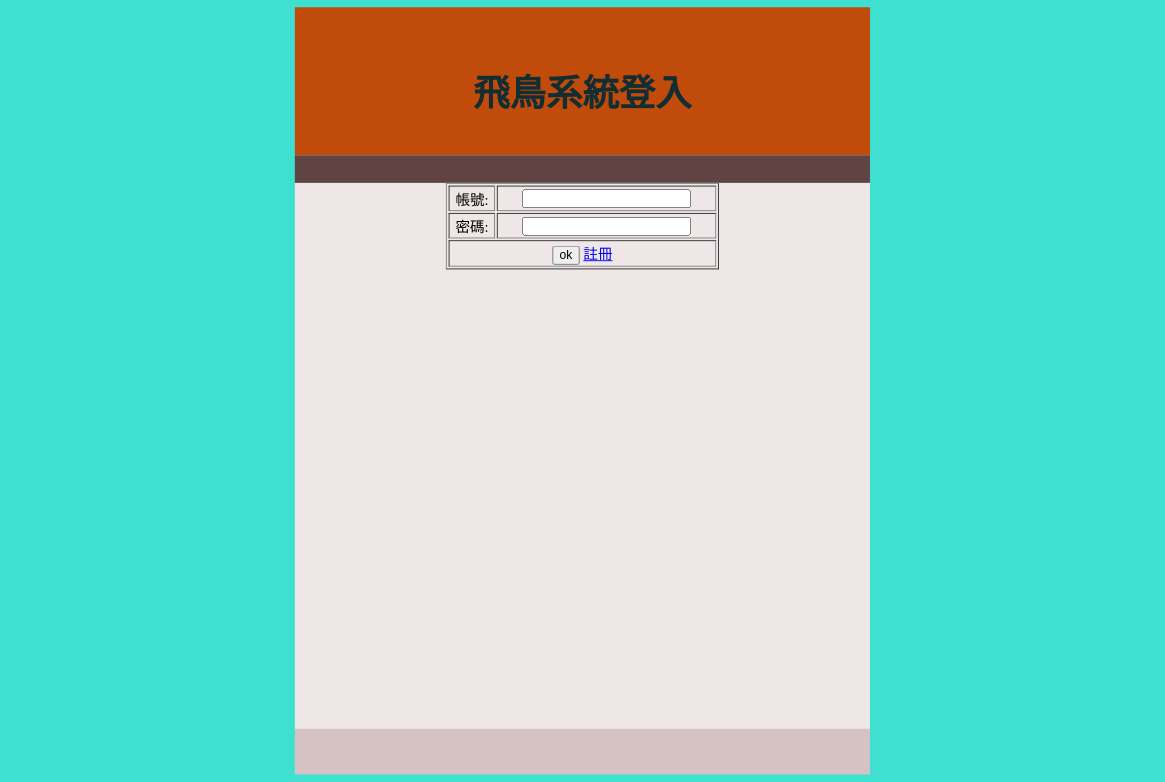
Repository: pride0420/portfolio
Page: Portfolio/1_springBoot/src/main/resources/static/index.html
These files come from the project's save history. The page is drawn as it stood at one moment and after the next save; the edit follows.
The browser window is 1280 px wide. The pictures show the whole page, at 91% of full size.

Above is the page before, as saved 2023-11-30 14:33:05.

After the next save:
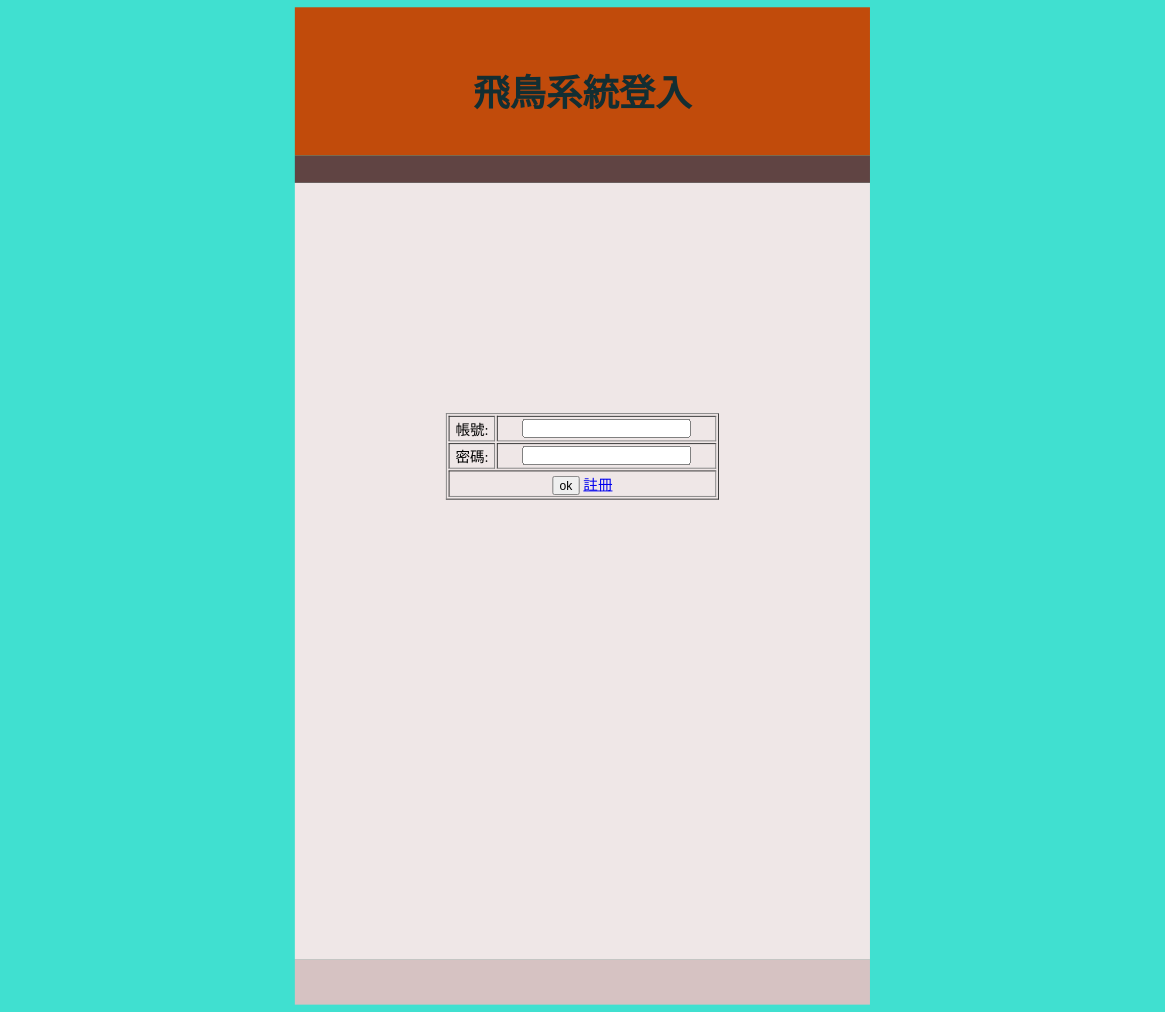
Saved 18 s later.
--- a/Portfolio/1_springBoot/src/main/resources/static/css/index.css
+++ b/Portfolio/1_springBoot/src/main/resources/static/css/index.css
@@ -30,6 +30,7 @@ body{
 	width: 50%;
 	height:600px;
 	margin-left: 25%;
+	padding-top: 20%;
 }
 #footer{
 	background-color:#D6C2C2;
